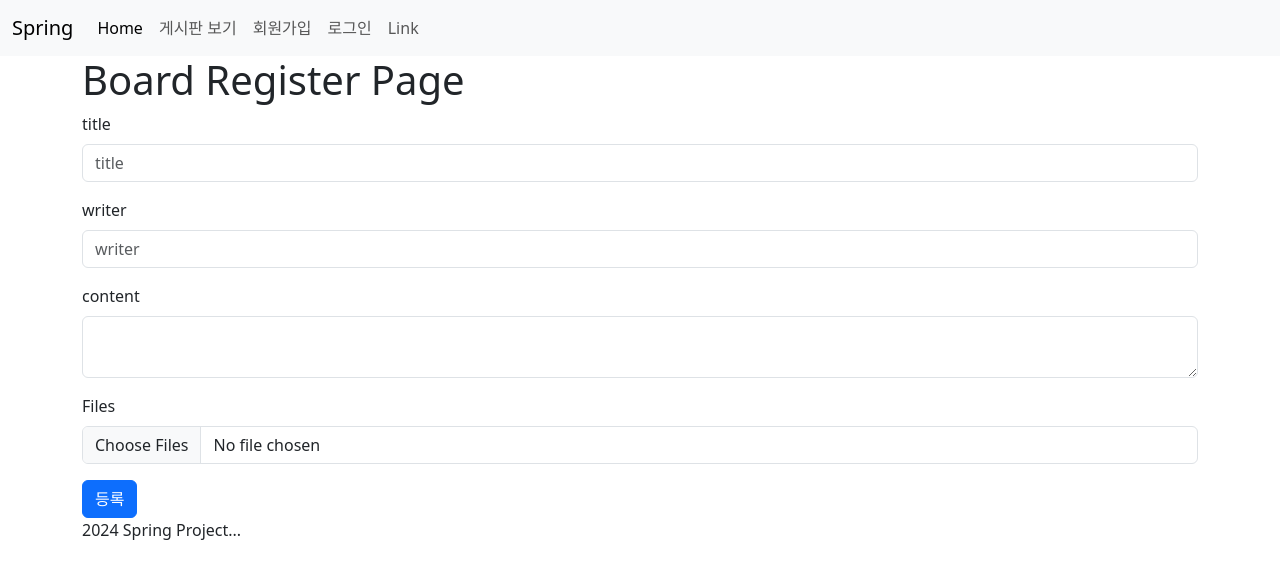
Repository: oco0217/springTest240430
Page: http://localhost/spring_study/WEB-INF/views/board/register.jsp
The author's editor kept a copy of each file at every save. The page is drawn from the files as they stood at one save, then again after the next save.
The browser window is 1280 px wide. The pictures show the whole page.
The page is served by Tomcat 9. Nobody is signed in. The template is opened directly, without the code that normally fills it, so the values that code supplies are empty.

Above is the page before, as saved 2024-04-29 01:19:16.

After the next save:
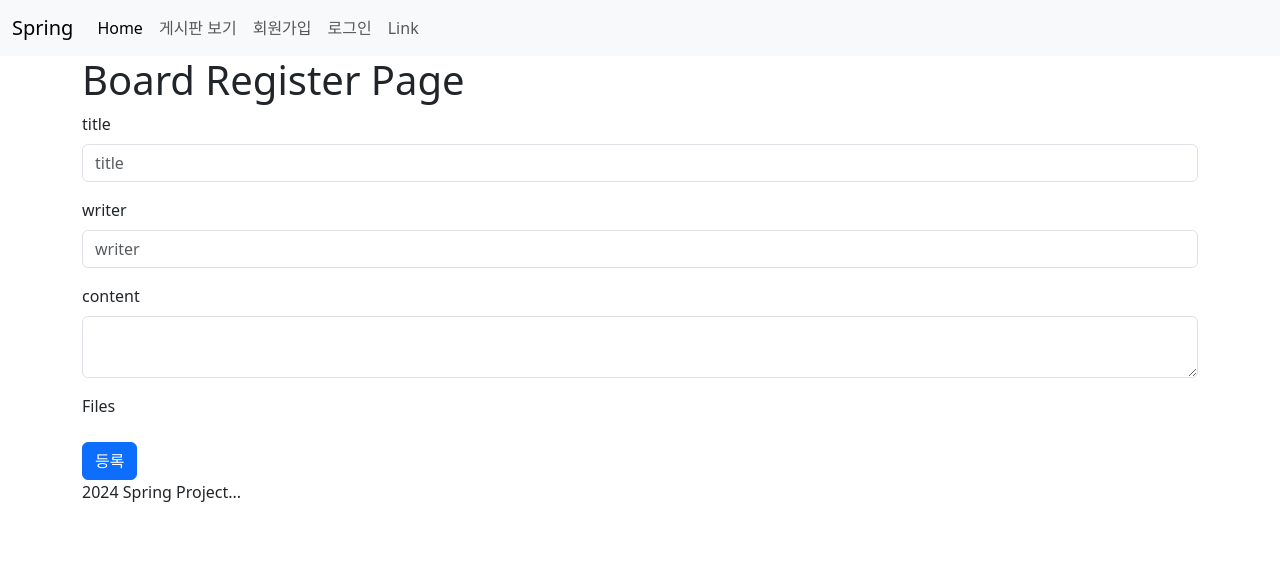
Saved 15 min 45 s later.
--- a/spring_study/src/main/webapp/WEB-INF/views/board/register.jsp
+++ b/spring_study/src/main/webapp/WEB-INF/views/board/register.jsp
@@ -23,7 +23,7 @@
 
 <div class="mb-3">
   <label for="file" class="form-label">Files</label>
-  <input type="file" class="form-control" id="file" name="file" multiple="multiple">
+  <input type="file" class="form-control" id="file" name="file" multiple="multiple" style="display: none">
 </div>
 
 <button type="submit" class="btn btn-primary">등록</button>
